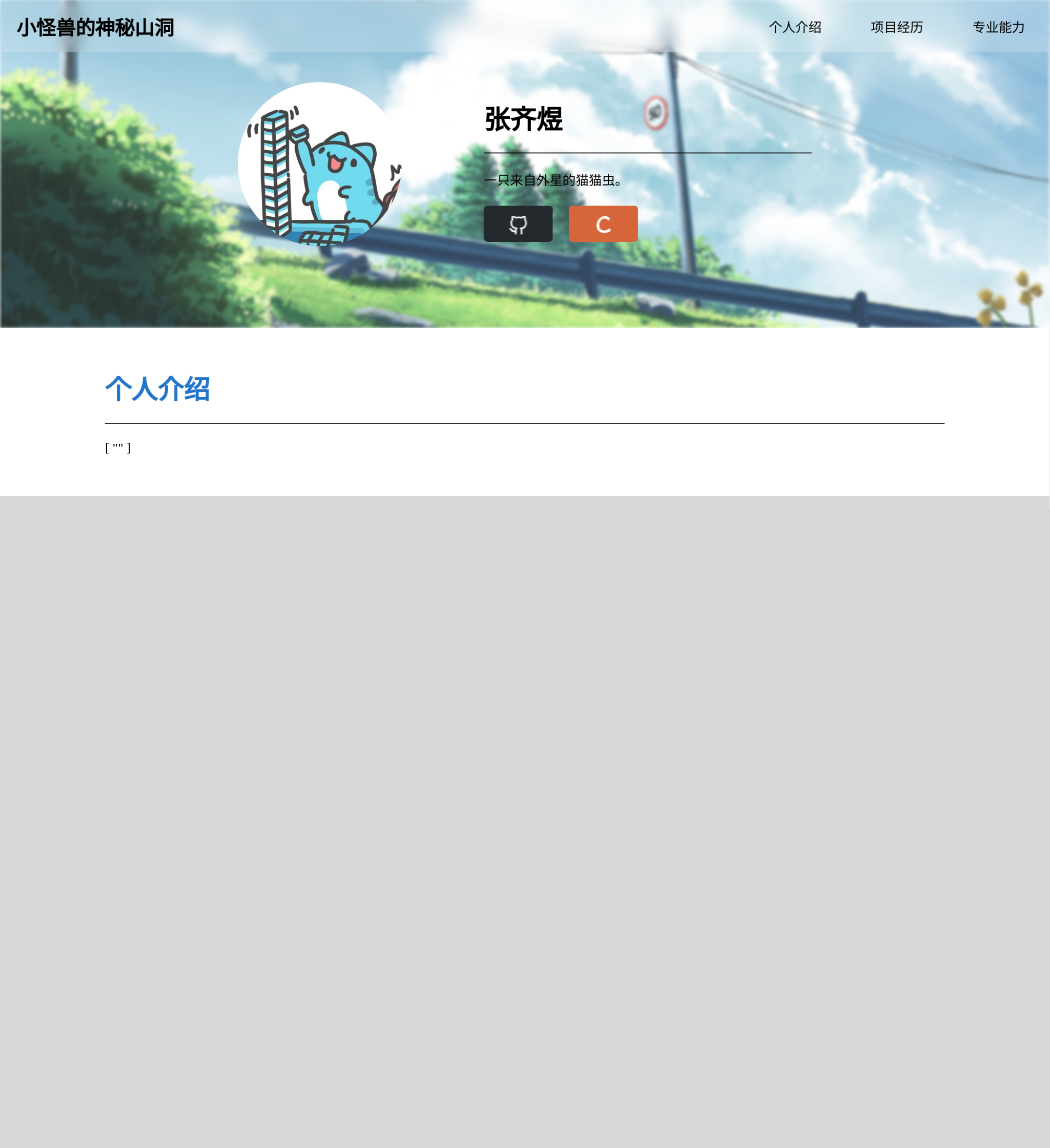
Repository: TheBiggestFatCat/myblog-frontend
Page: /
The author's editor kept a copy of each file at every save. The page is drawn from the files as they stood at one save, then again after the next save.
The browser window is 1280 px wide. The pictures show the whole page, at 82% of full size.
The project was rebuilt for these pictures with package versions that can differ from the ones it lists, and the page was loaded fresh each time. Also part of the build but not shown: vite.config.ts.

Above is the page before, as saved 2023-02-26 10:51:12.

After the next save:
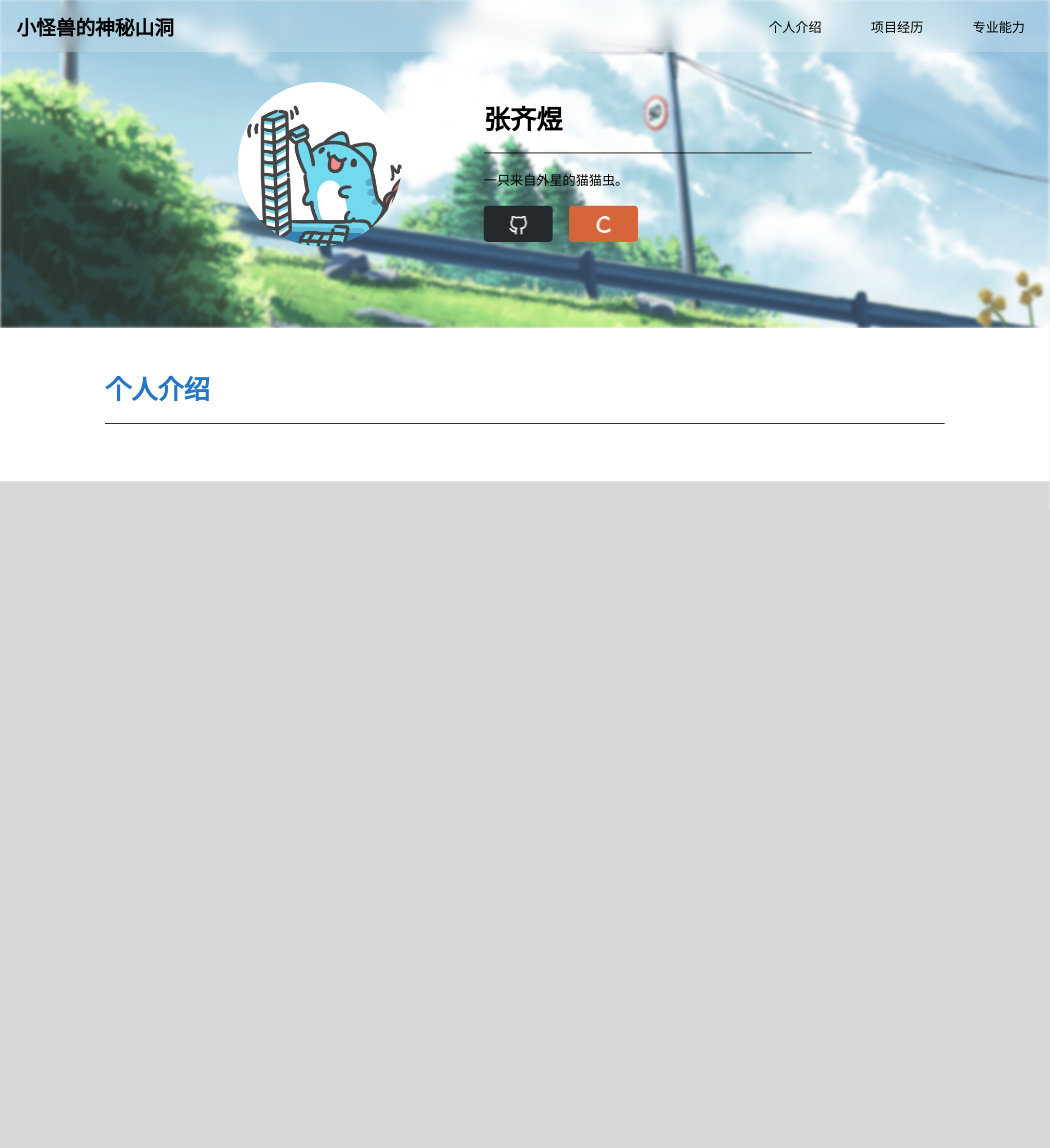
Saved 33 s later.
--- a/src/components/Home/Home.vue
+++ b/src/components/Home/Home.vue
@@ -26,7 +26,7 @@
       <div class="personal">
         <h3>个人介绍</h3>
         <div class="border"></div>
-        <p>{{ personalText }}</p>
+        <p v-for="i in personalText">{{ i }}</p>
       </div>
     </div>
   </div>
